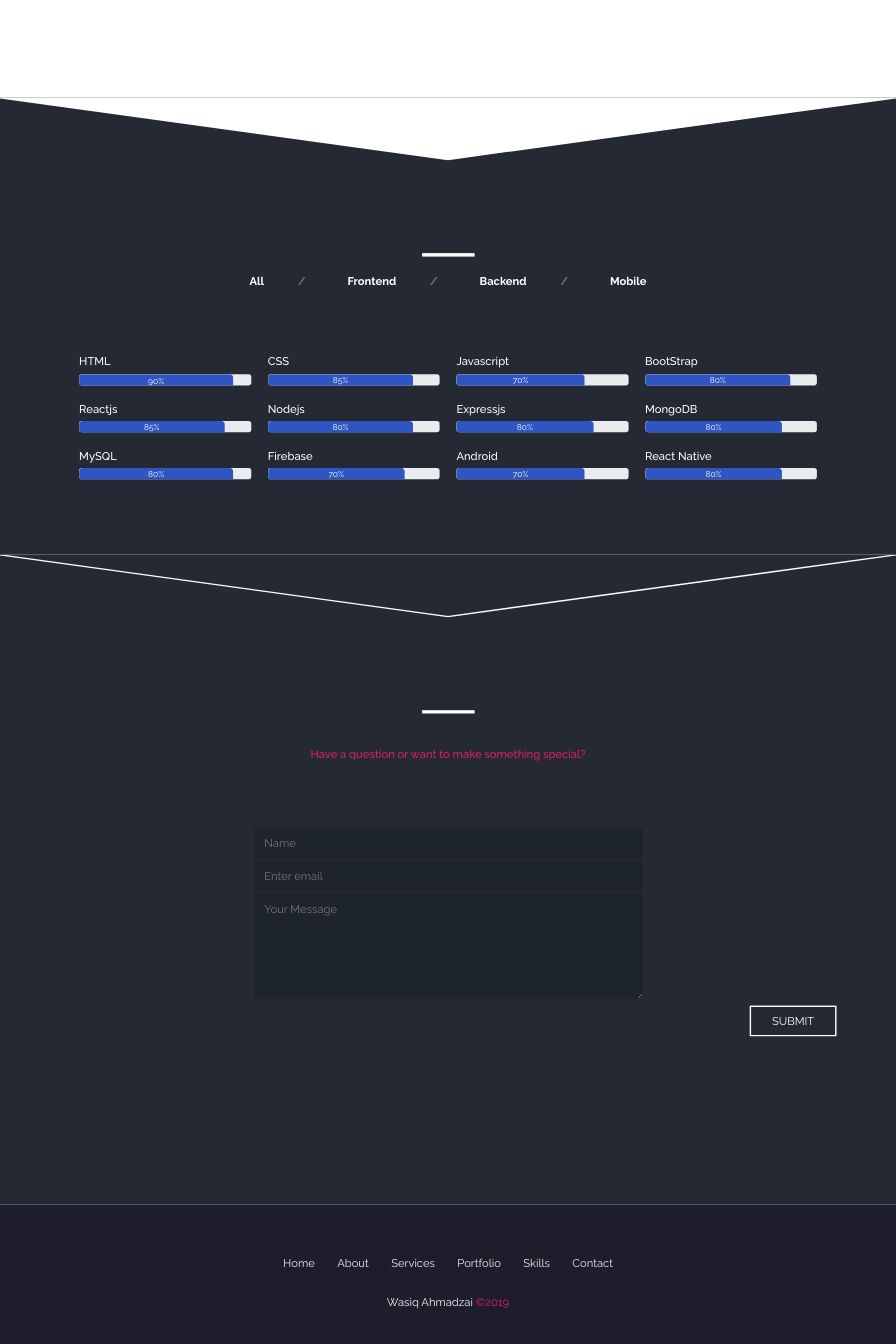
Repository: wasiqkhan/wasiqkhan.github.io
Page: index.html
These files come from the project's save history. The page is drawn as it stood at one moment and after the next save; the edit follows.
The browser window is 1280 px wide. The pictures show the part of the page from y = 3742 to 5662 px (the page is 5662 px tall before and 5654 px after), at 70% of full size.
Some web fonts or font styles are not loaded; a fallback is used.

Above is the page before, as saved 2020-10-27 20:40:31.
Not found: js/all.js
Not found: js/app.js
Not found: js/particles.js

After the next save:
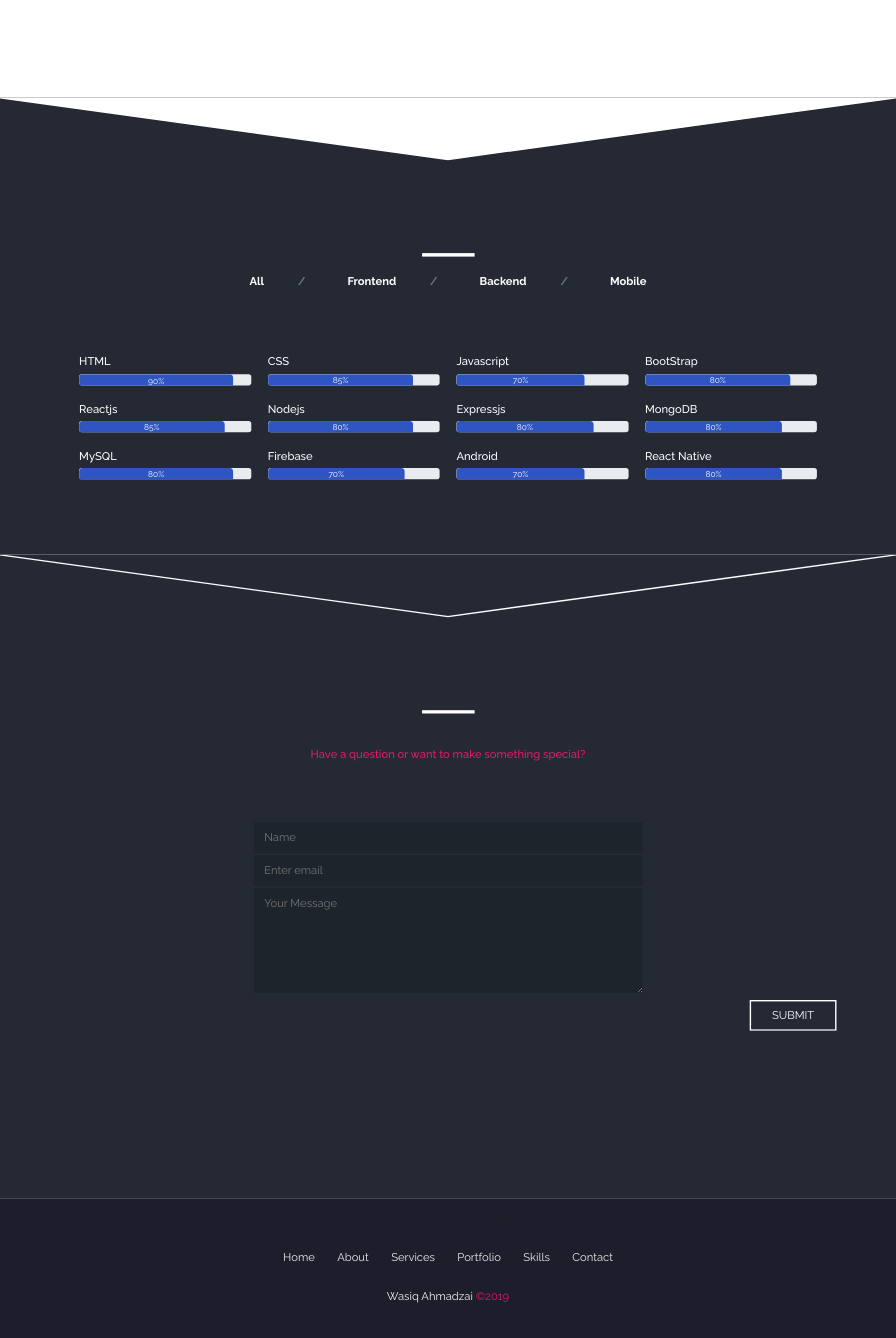
Saved 40 s later.
--- a/index.html
+++ b/index.html
@@ -473,7 +473,7 @@
         <div class="line"></div>
         <div class="container">
           <h6 class="text-center py-5" style="color: #E31B6D">Have a question or want to make something special?</h6>
-          <div class="service-items flex-wrap" style="padding: 0 0">
+
 
                 <form
                 class="waypoint"
@@ -537,7 +537,7 @@
           <h4 class="text-center">+93 77 51 26 704</h4> -->
 
 
-        </div>
+
         </div>
     </section>
     <footer id="footer">
